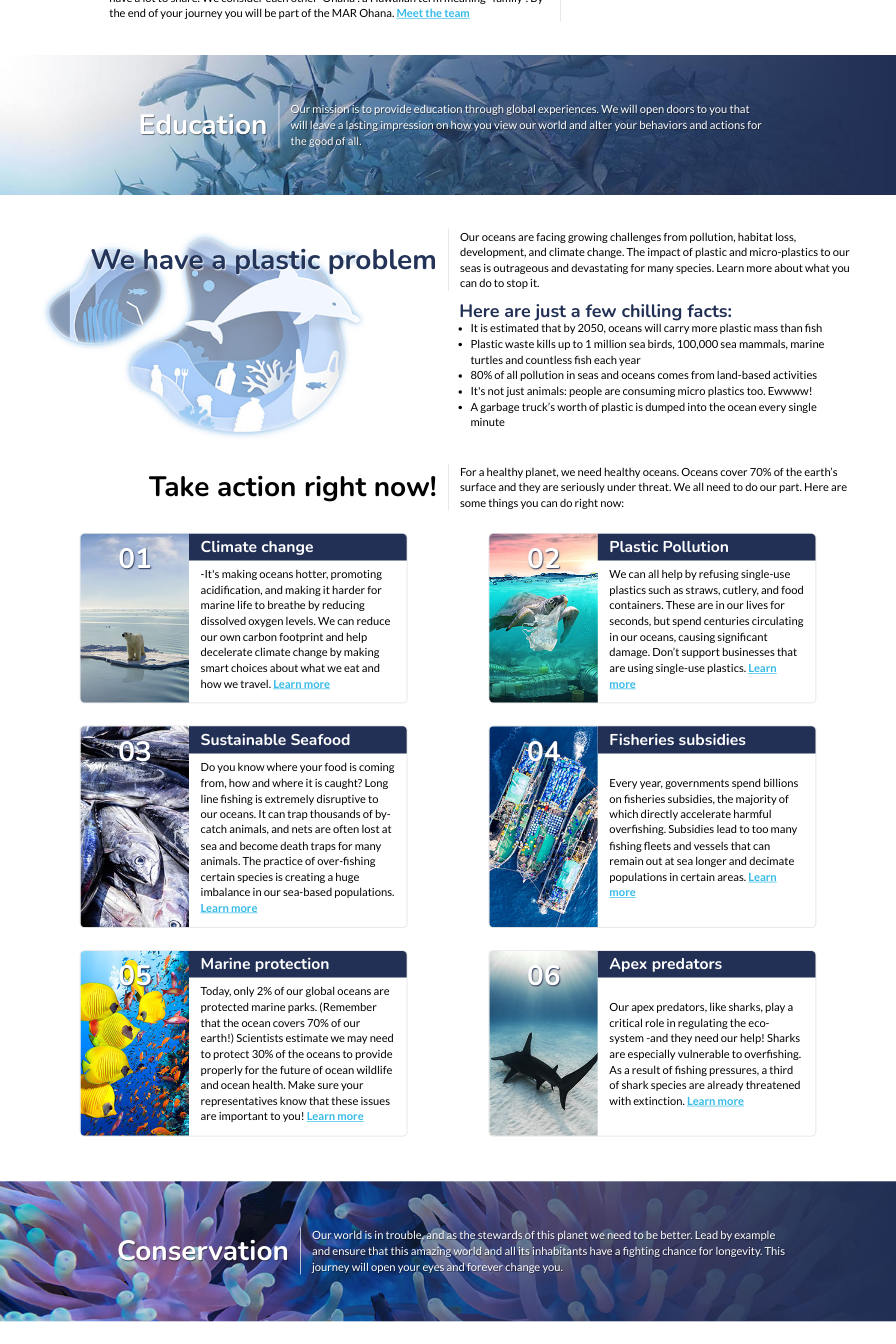
Repository: mariocapitbrok/css-combining-grid-and-flexbox-ch04
Page: 04_12/04_12_start.html
The author's editor kept a copy of each file at every save. The page is drawn from the files as they stood at one save, then again after the next save.
The browser window is 1280 px wide. The pictures show the part of the page from y = 2421 to 4341 px (the page is 4341 px tall before and 4251 px after), at 70% of full size.

Above is the page before, as saved 2022-10-10 20:56:36.

After the next save:
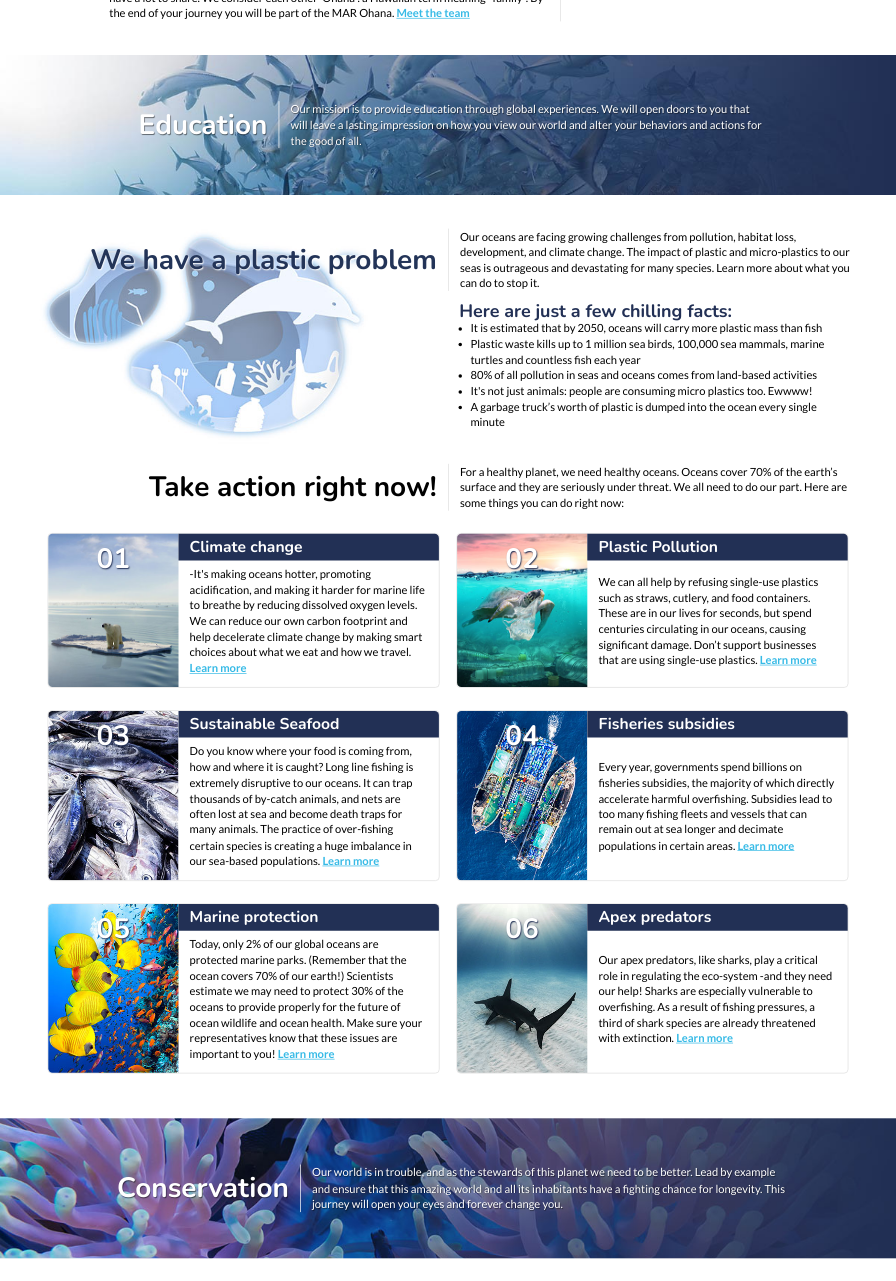
Saved 2 days later.
--- a/04_12/styles/base.css
+++ b/04_12/styles/base.css
@@ -760,7 +760,7 @@ section.problem {
   }
 
   .action ul li {
-    flex-basis: 40%;
+    flex-basis: 48%;
     grid-template-columns: 2fr 4fr;
   }
 
